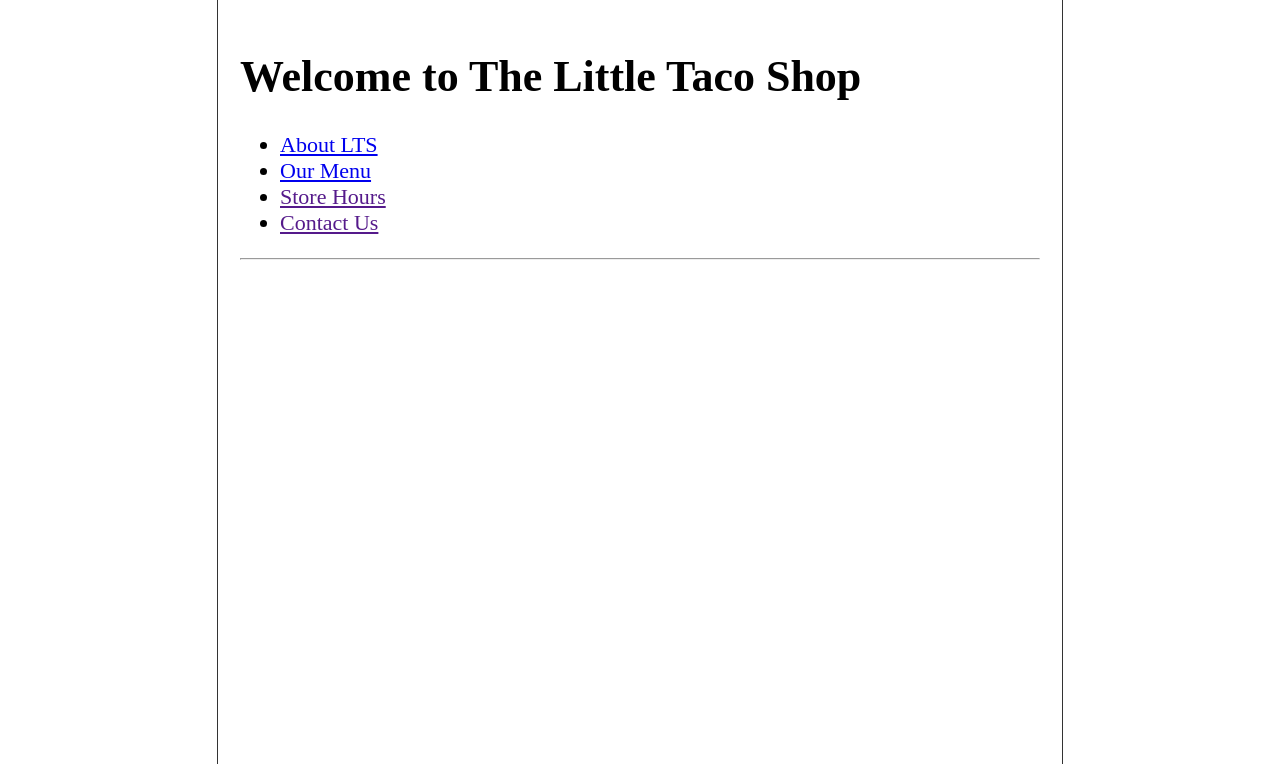
Repository: Israa-Odeh/html-basics-project
Page: index.html
These files come from the project's save history. The page is drawn as it stood at one moment and after the next save; the edit follows.
The browser window is 1280 px wide. The pictures show the whole page.

Above is the page before, as saved 2024-08-20 01:36:13.

### index.html
<!DOCTYPE html>
<html lang="en">

<head>
    <meta charset="UTF-8">
    <meta name="author" content="Israa Odeh">
    <meta name="description"
        content="Welcome to Discover the ultimate taco experience at our little taco shop. Explore our diverse menu featuring delicious, authentic tacos made with fresh ingredients. From classic favorites to inventive new flavors, our taco shop offers a vibrant atmosphere and exceptional service. Join us for a taste of perfection in every bite!">
    <title>Little Taco Shop</title>
    <link rel="icon" href="favicon.ico" type="image/x-icon">
    <link rel="stylesheet" href="css/style.css">
</head>

<body>
    <header>
        <h1>Welcome to The Little Taco Shop</h1>
        <nav>
            <ul>
                <li>
                    <a href="#about">About LTS</a>
                </li>
                <li>
                    <a href="#menu">Our Menu</a>
                </li>
                <li>
                    <a href="">Store Hours</a>
                </li>
                <li>
                    <a href="">Contact Us</a>
                </li>
            </ul>

            <figure>

            </figure>
        </nav>
    </header>

    <hr>

    <main>
        <article id="about">

        </article>

        <article>

        </article>

    </main>

    <footer>

    </footer>

</body>

</html>

Loaded but not shown: css/style.css (common file)

After the next save:
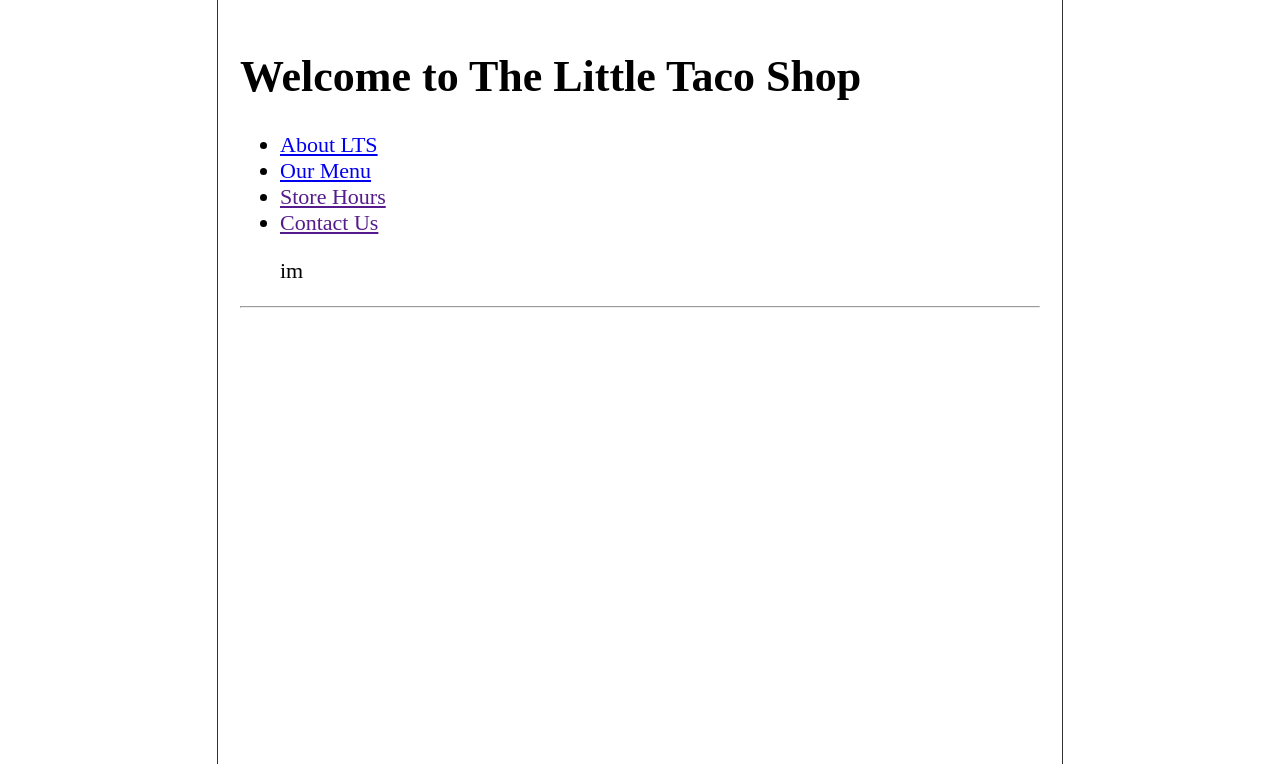
Saved 5 s later.
--- a/index.html
+++ b/index.html
@@ -31,7 +31,7 @@
             </ul>
 
             <figure>
-
+                im
             </figure>
         </nav>
     </header>
